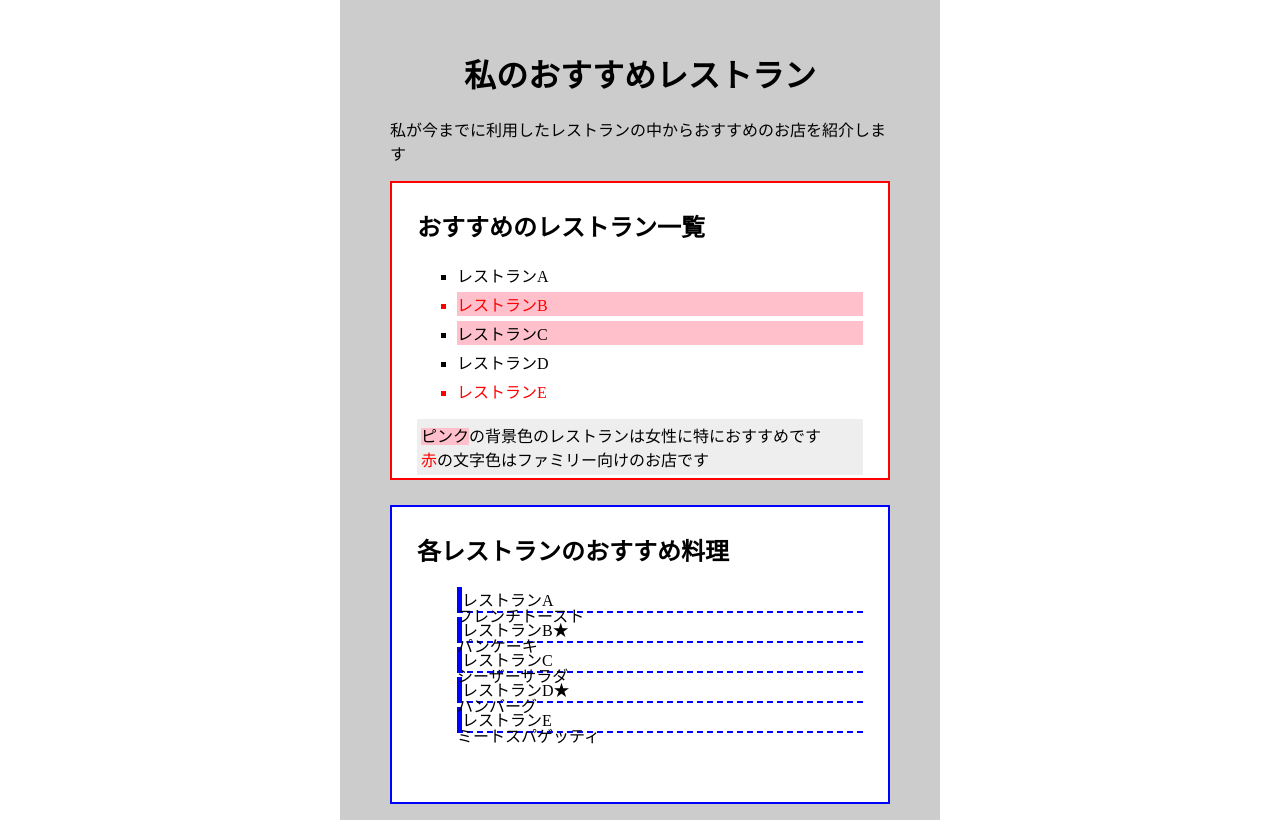
Repository: KubotaAtsushi/samurai_HTML-CSS
Page: 20210330/index.html
The author's editor kept a record of every edit. The page is drawn from the files as they stood at one moment, then again after the next edit.
The browser window is 1280 px wide. The pictures show the whole page.

Above is the page before.

### 20210330/index.html
<!DOCTYPE html>
<html lang="ja">
    <head>
        <meta charset="UTF-8">
        <title>私のおすすめレストラン</title>
        <link rel="stylesheet" href="style.css">
    </head>
    <body>
        <div id="wrapper">
            <h1>私のおすすめレストラン</h1>
            <p>私が今までに利用したレストランの中からおすすめのお店を紹介します</p>
            <div id="restaurant_list">
                <h2>おすすめのレストラン一覧</h2>
                <ul>
                    <li>レストランA</li>
                    <li class="red bg_pink">レストランB</li>
                    <li class="bg_pink">レストランC</li>
                    <li>レストランD</li>
                    <li class="red">レストランE</li>
                </ul>
                <p><span class="bg_pink">ピンク</span>の背景色のレストランは女性に特におすすめです<br>
<span class="red">赤</span>の文字色はファミリー向けのお店です</p>
            </div>
            <div id="restaurant_list2">
                <h2>各レストランのおすすめ料理</h2>
                <ul>
                    <li class="left">レストランA</li>
                    <li class="left2">フレンチトースト</li>
                    <li class="left">レストランB<span class="yellow">★</span></li>
                    <li class="left2">パンケーキ</li>
                    <li class="left">レストランC</li>
                    <li class="left2">シーザーサラダ</li>
                    <li class="left">レストランD<span class="yellow">★</span></li>
                    <li class="left2">ハンバーグ</li>
                    <li class="left">レストランE</li>
                    <li class="left2">ミートスパゲッティ</li>
                </ul>
            </div>
        </div>
    </body>
</html>

### 20210330/style.css
@charset "utf-8";
body {
    height: 100vh;
    margin: 0;
}
div#wrapper {
    height: 100vh;
    width: 500px;
    margin: 0 auto;
    background-color: #ccc;
    padding: 50px;
}
h1 {
    margin-top: 0;
    text-align: center;
}
div#restaurant_list {
    height: 245px;
    background-color: white;
    border: solid 2px red;
    padding: 25px;
}
h2 {
    margin-top: 0;
}
ul {
    list-style-type: square;
}
.red{
    color: red;
}
.bg_pink{
    background-color: pink;
}
li {
    margin-bottom: 5px;
}
#restaurant_list p {
    background-color: #eee;
    padding: 4px;
}
div#restaurant_list2 {
    height: 245px;
    background-color: white;
    padding: 25px;
    border: solid 2px blue;
    margin-top: 25px
}
#restaurant_list2 li {
    margin-bottom: -10px;
    list-style: none;
}
.left{
    border: solid 5px blue;
    border-top: none;
    border-right: none;
    border-bottom: dashed 2px blue;
}

After the next edit:
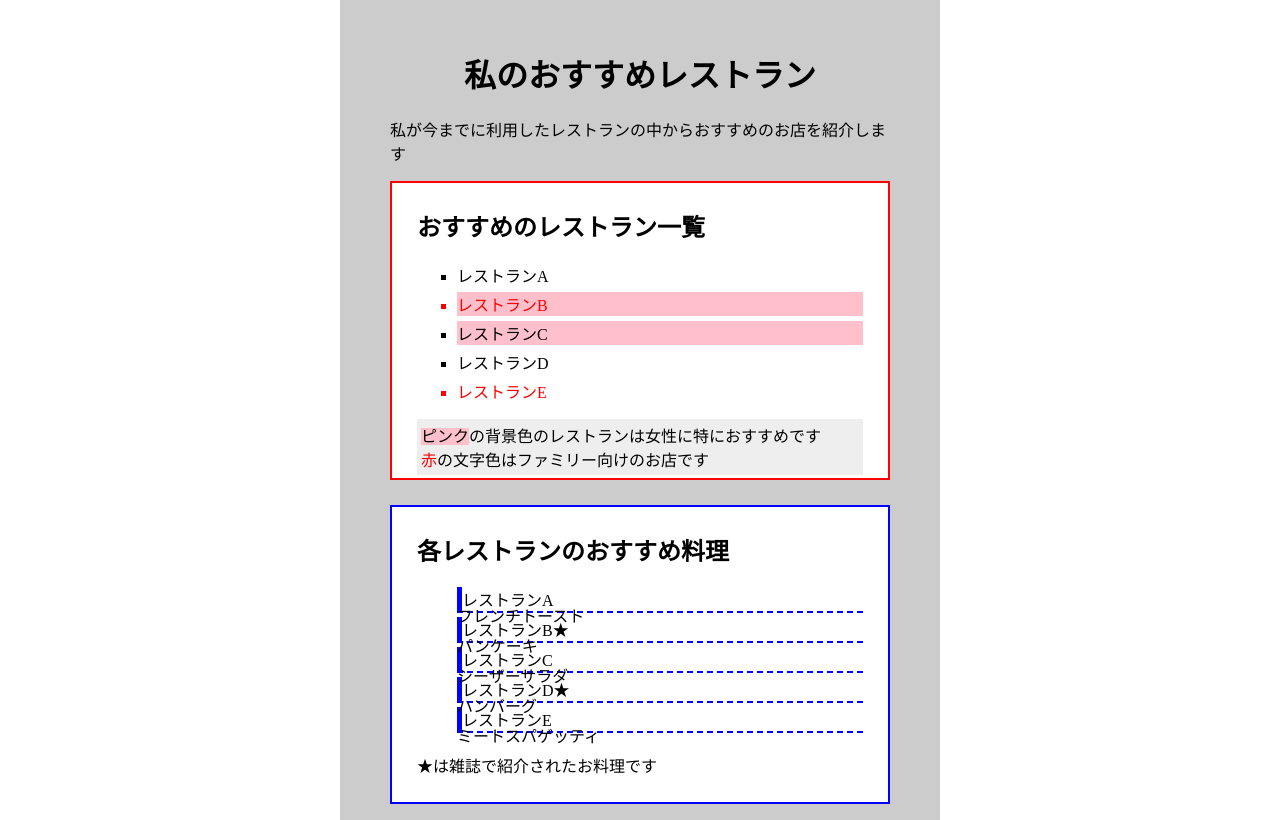
The edit:
--- a/20210330/index.html
+++ b/20210330/index.html
@@ -35,7 +35,8 @@
                     <li class="left">レストランE</li>
                     <li class="left2">ミートスパゲッティ</li>
                 </ul>
-            </div>
+               <p><span class="yellow">★</span>は雑誌で紹介されたお料理です</p>
+               </div>
         </div>
     </body>
 </html>
